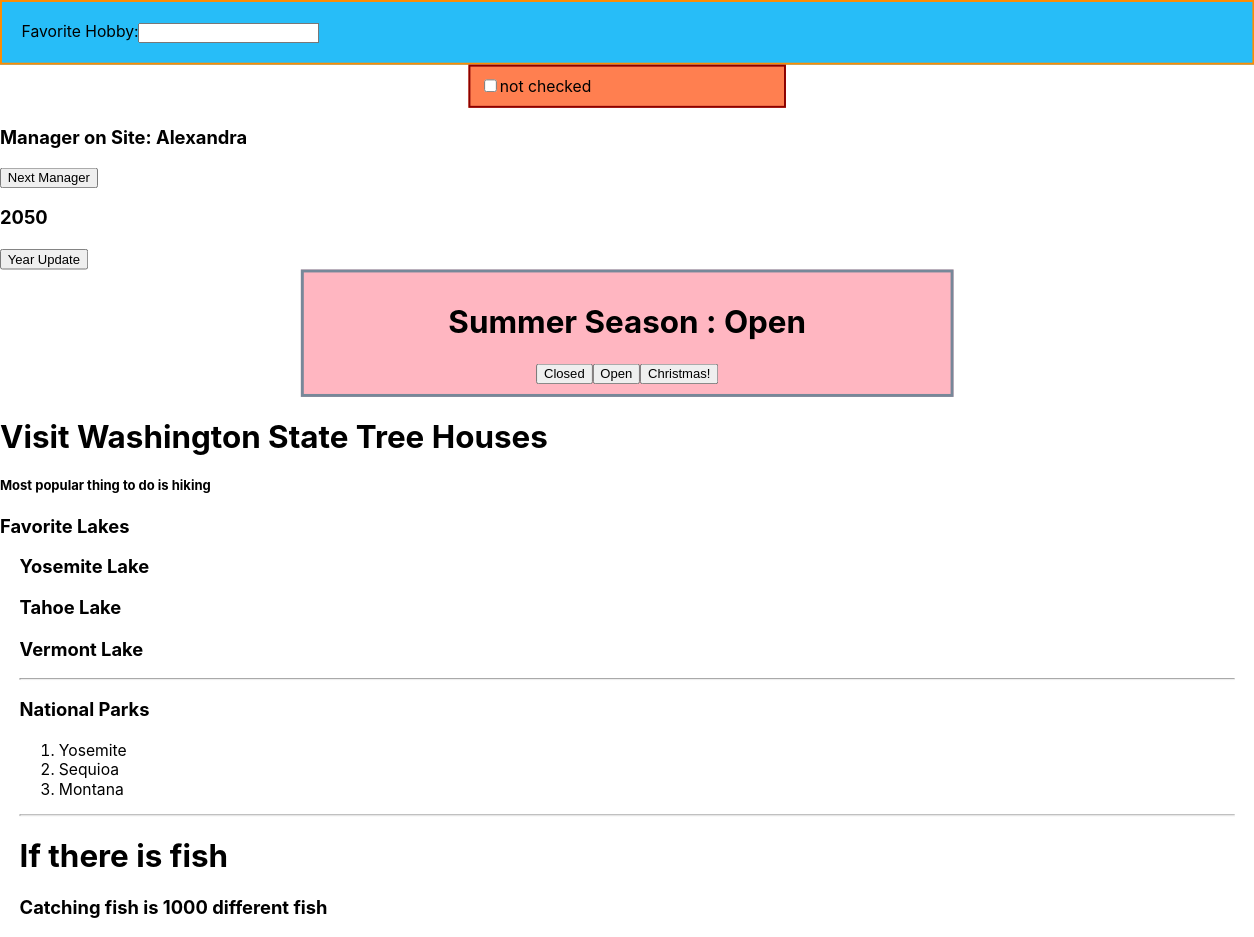
Repository: CaptainStorm21/intro-react-hooks
Page: /
The author's editor kept a copy of each file at every save. The page is drawn from the files as they stood at one save, then again after the next save.
The browser window is 1280 px wide. The pictures show the whole page, at 98% of full size.
The project was rebuilt for these pictures with package versions that can differ from the ones it lists, and the page was loaded fresh each time. Also part of the build but not shown: src/App.css.

Above is the page before, as saved 2020-05-27 21:58:28.

After the next save:
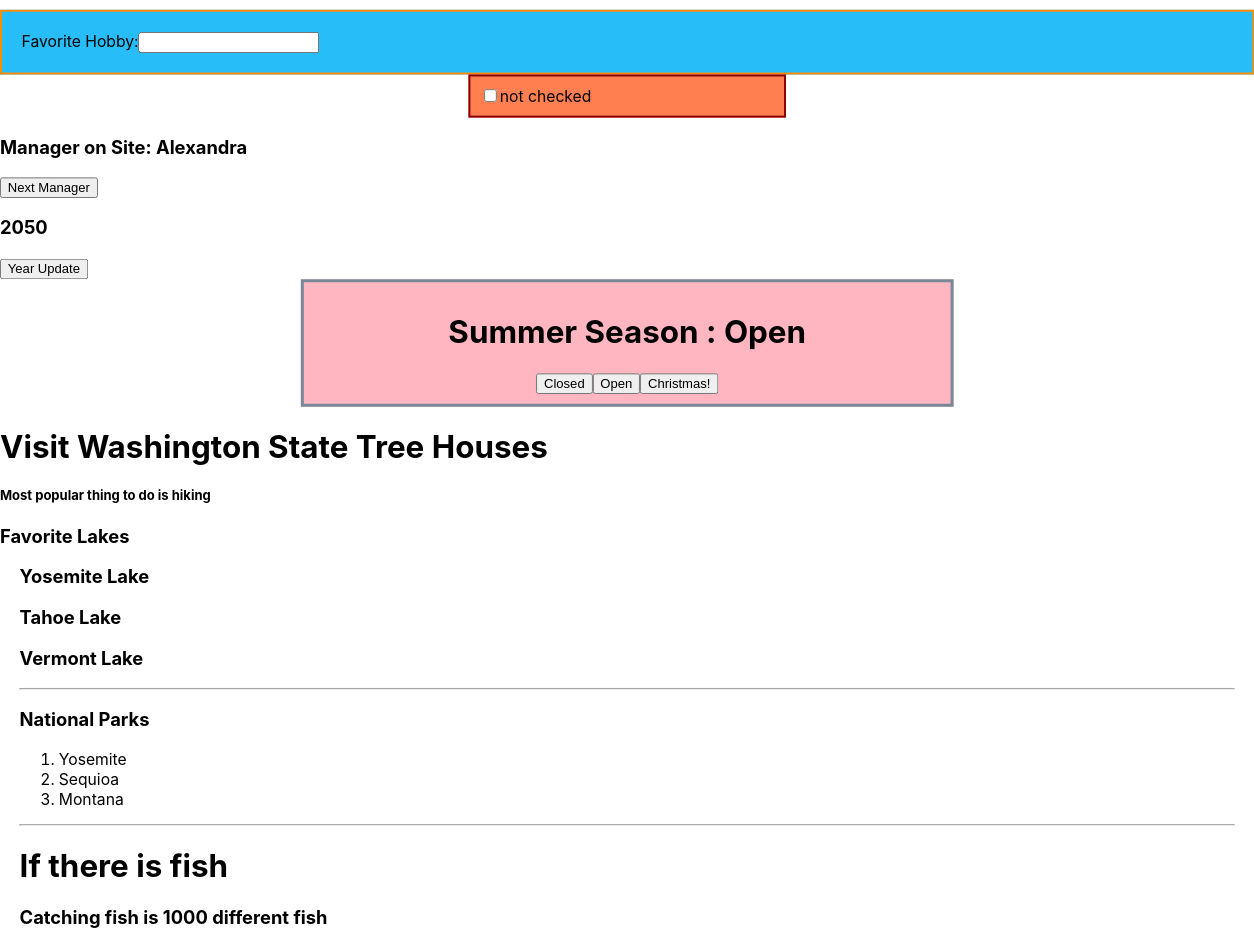
Saved 26 s later.
--- a/src/index.css
+++ b/src/index.css
@@ -31,6 +31,8 @@ code {
   margin: 0 auto;
   padding: 20px;
   border: 2px solid darkorange;
+  margin-top: 10px;
+  margin-botton: 10px;
 
 }
 
